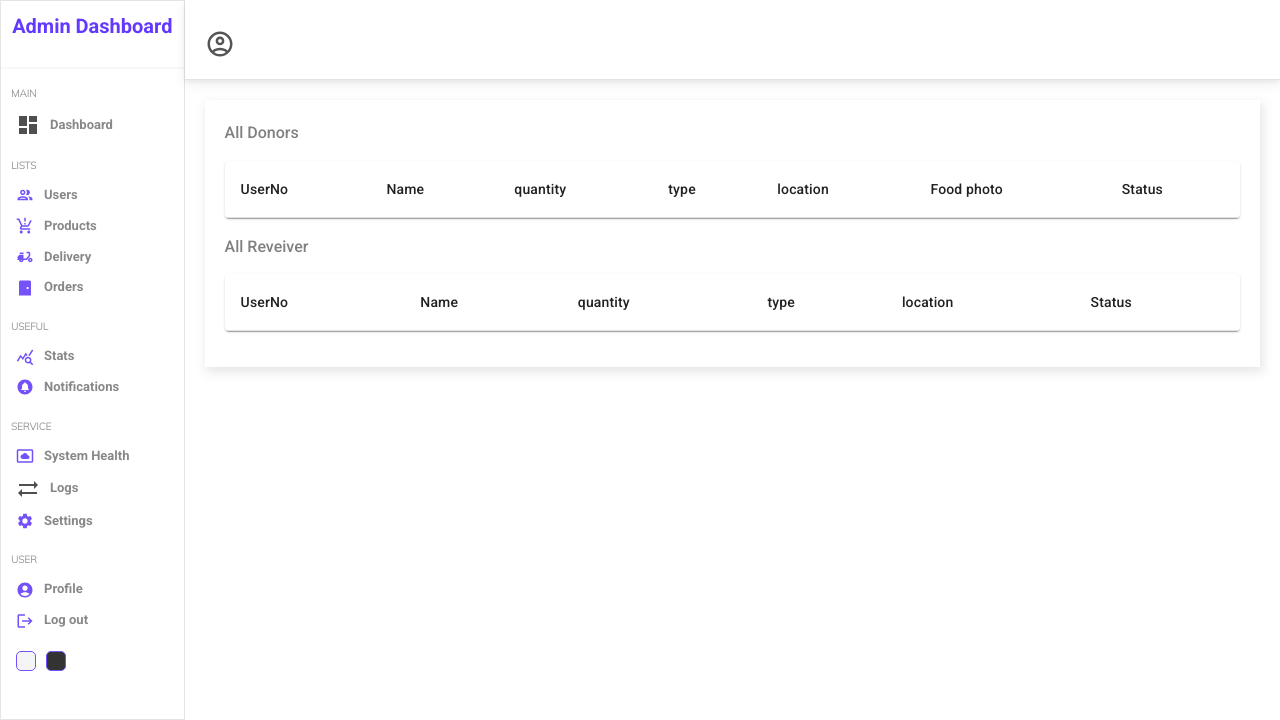
Repository: psbro/beta03_hackoverdose
Page: /dashboard/admin (app in frontend/annaseva/)
These files come from the project's save history. The page is drawn as it stood at one moment and after the next save; the edit follows.
The browser window is 1280 px wide. The pictures show the whole page.
The page's requests for data from a server got no answer. The project was rebuilt for these pictures with package versions that can differ from the ones it lists, and the page was loaded fresh each time. No one was signed in, and anything a server would have sent is missing. Also part of the build but not shown: frontend/annaseva/src/Home/components/Nav.js, frontend/annaseva/src/Home/components/main_box/Main_box.jsx, frontend/annaseva/src/Home/components/main__components/Main__components.jsx, frontend/annaseva/src/Home/pages/Main.jsx, frontend/annaseva/src/Home/components/Aim/Aim__components.jsx, frontend/annaseva/src/Home/pages/Aim.jsx, frontend/annaseva/src/Home/components/gallery__components/Gallery__components.jsx, frontend/annaseva/src/Home/pages/Gallery.jsx and 38 more.

Above is the page before, as saved 2022-12-04 00:19:31.

After the next save:
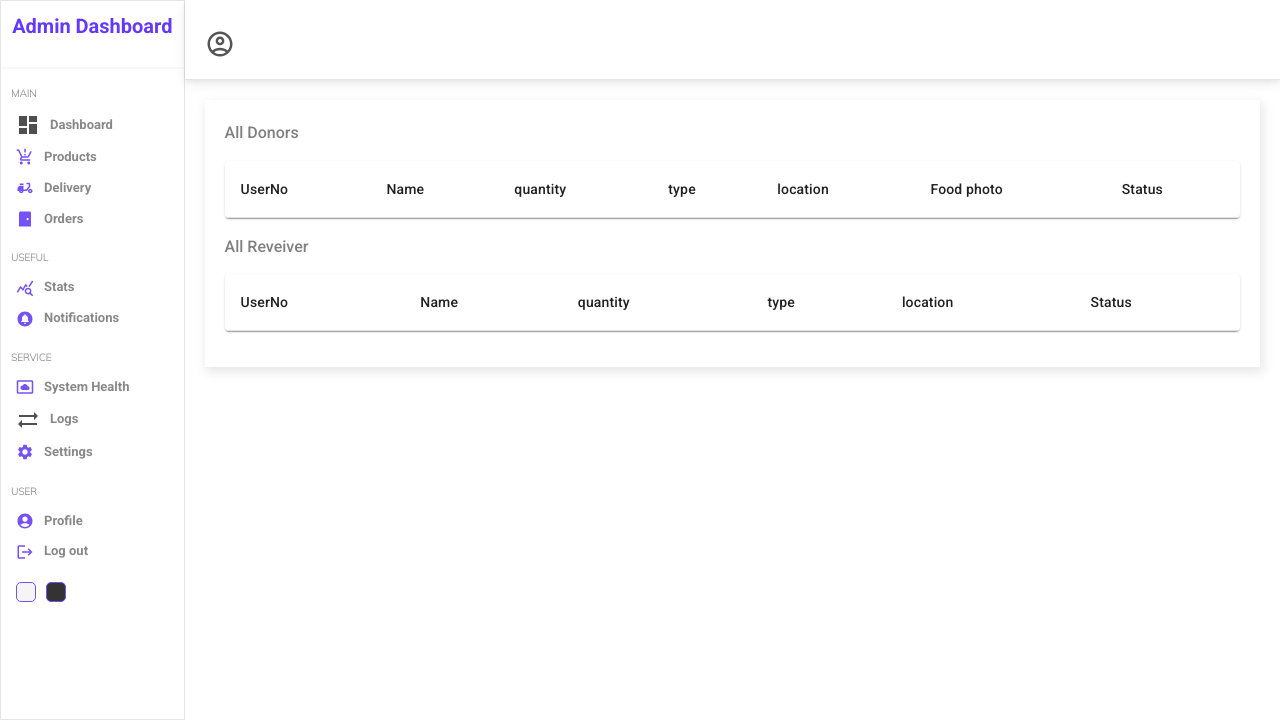
Saved 50 s later.
--- a/frontend/annaseva/src/dashboard__user/components/sidebar/Sidebar.jsx
+++ b/frontend/annaseva/src/dashboard__user/components/sidebar/Sidebar.jsx
@@ -36,14 +36,7 @@ const Sidebar = () => {
                         <DashboardIcon />
                         <span>Dashboard</span>
                     </li>
-                    <p className="title">LISTS</p>
 
-                    <Link to="/dashboard/admin" style={{ textDecoration: "none" }}>
-                        <li>
-                            <PeopleOutlineOutlinedIcon className="icon" />
-                            <span>Users</span>
-                        </li>
-                    </Link>
 
 
 
